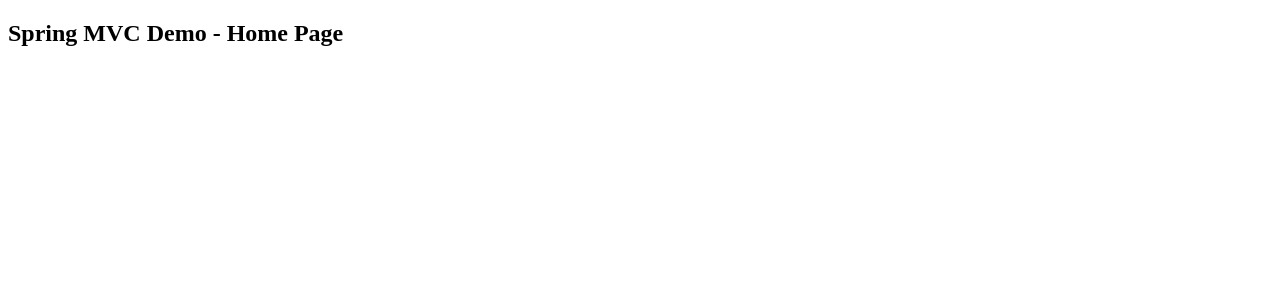
Repository: sianage/SpringHibernateProject
Page: http://localhost/spring-mvc-demo/
These files come from the project's save history. The page is drawn as it stood at one moment and after the next save; the edit follows.
The browser window is 1280 px wide. The pictures show the whole page.
The page is served by Tomcat 9. Other server files are loaded and not shown.

Above is the page before, as saved 2022-09-02 22:17:12.

### spring-mvc-demo/WebContent/WEB-INF/view/main-menu.jsp
<!-- Step 5 - develop view page -->
<!DOCTYPE html>
<html>

<body>

<h2>Spring MVC Demo - Home Page</h2>

</body>

</html>

After the next save:
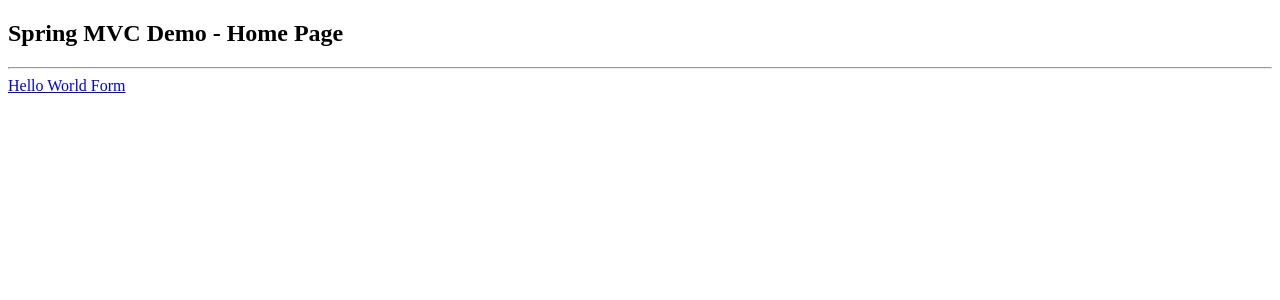
Saved 2 min 18 s later.
--- a/spring-mvc-demo/WebContent/WEB-INF/view/main-menu.jsp
+++ b/spring-mvc-demo/WebContent/WEB-INF/view/main-menu.jsp
@@ -6,6 +6,8 @@
 
 <h2>Spring MVC Demo - Home Page</h2>
 
+<hr>
+<a href="showForm">Hello World Form</a>
 </body>
 
 </html>
